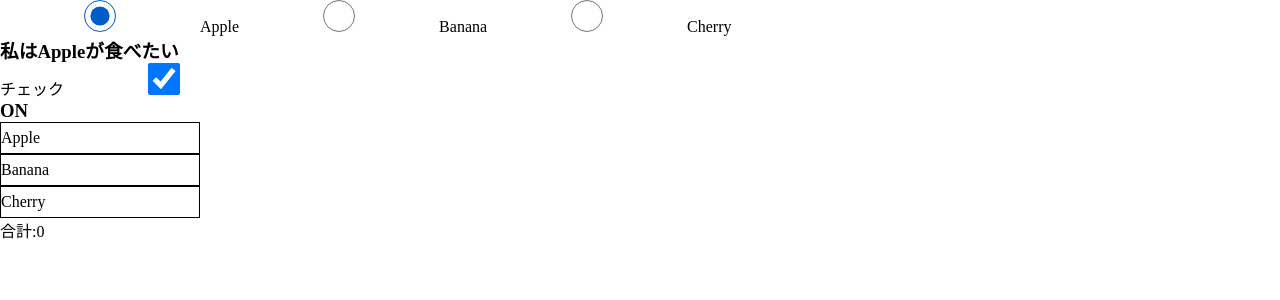
Repository: FujieRyou/react_practice
Page: /
The author's editor kept a copy of each file at every save. The page is drawn from the files as they stood at one save, then again after the next save.
The browser window is 1280 px wide. The pictures show the whole page.
The project was rebuilt for these pictures with package versions that can differ from the ones it lists, and the page was loaded fresh each time. Also part of the build but not shown: vite.config.js, src/components/testComponent.jsx, src/components/todoComponent.jsx, src/components/countUp.jsx, src/components/switchFlag.jsx, src/components/props1.jsx, src/components/profile.jsx, src/components/ivent.jsx and 5 more.

Above is the page before, as saved 2023-01-25 04:40:17.

After the next save:
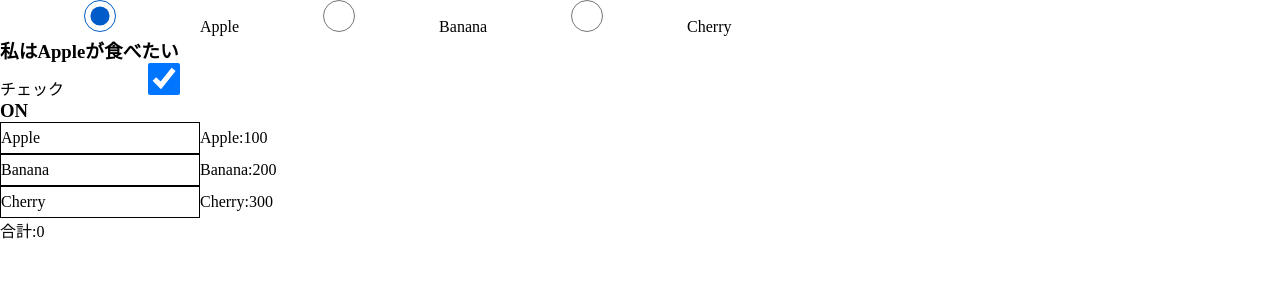
Saved 49 s later.
--- a/src/components/checkBoxs.jsx
+++ b/src/components/checkBoxs.jsx
@@ -19,7 +19,9 @@ const CheckBoxs = () =>{
                             id={fruit.label}
                             value={fruit.label}
                             />
-                            <label htmlFor={fruit.label}></label>
+                            <label htmlFor={fruit.label}>
+                                {fruit.label}:{fruit.value}
+                            </label>
                         </div>
                     )
                 }))
